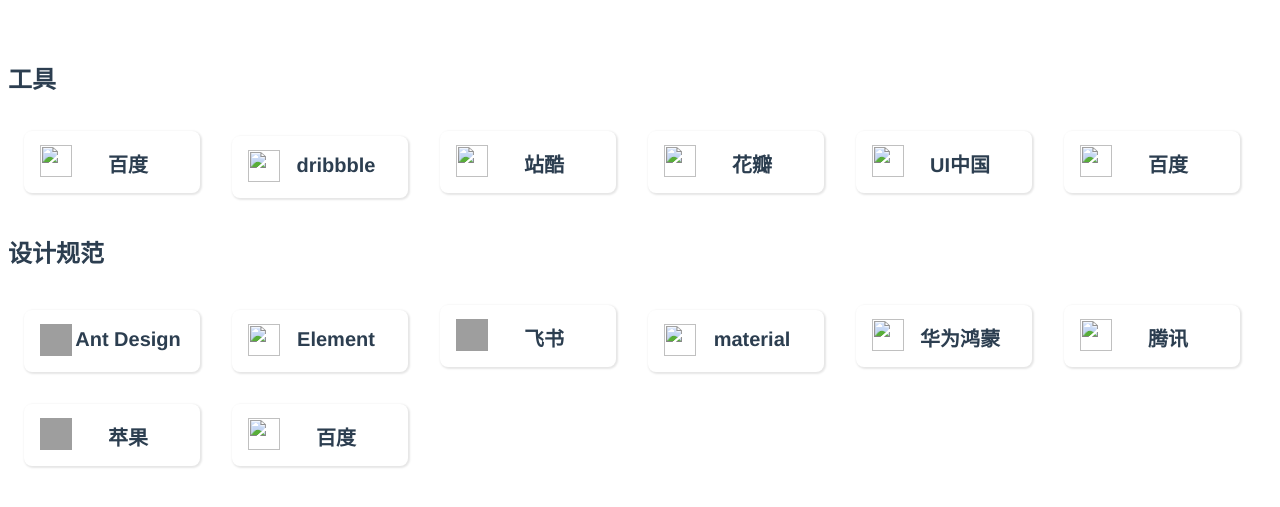
Repository: LiuZixu-aurelio/collection
Page: /
These files come from the project's save history. The page is drawn as it stood at one moment and after the next save; the edit follows.
The browser window is 1280 px wide. The pictures show the whole page.
Pictures or frames that could not be fetched are drawn as grey boxes. The project was rebuilt for these pictures with package versions that can differ from the ones it lists, and the page was loaded fresh each time.

Above is the page before, as saved 2022-06-10 10:06:31.

### src/App.vue
<template>

  <HelloWorld msg="Welcome to Your Vue.js App"/>
</template>

<script>
import HelloWorld from './components/HelloWorld.vue'

export default {
  name: 'App',
  components: {
    HelloWorld
  }
}
</script>

<style>
#app {
  font-family: Avenir, Helvetica, Arial, sans-serif;
  -webkit-font-smoothing: antialiased;
  -moz-osx-font-smoothing: grayscale;
  color: #2c3e50;
  margin-top: 60px;
}
</style>

### src/components/HelloWorld.vue
<template>
  <div>
    <div>
      <h2>工具</h2>
      <Card class='card' msg="百度" web="https://www.baidu.com" logo="https://www.baidu.com/favicon.ico"/>
      <Card class='card' msg="dribbble" web="https://dribbble.com/" logo="https://cdn.dribbble.com/assets/favicon-b38525134603b9513174ec887944bde1a869eb6cd414f4d640ee48ab2a15a26b.ico"/>
      <Card class='card' msg="站酷" web="https://www.zcool.com.cn/" logo="https://static.zcool.cn/git_z/z/site/favicon.ico?version=1618914637608"/>
      <Card class='card' msg="花瓣" web="https://huaban.com/" logo="https://huaban.com/favicon.ico"/>
      <Card class='card' msg="UI中国" web="https://www.ui.cn/" logo="https://www.ui.cn/favicon.ico"/>
      <Card class='card' msg="百度" web="https://www.baidu.com" logo="https://www.baidu.com/favicon.ico"/>

      <h2>设计规范</h2>
      <Card class='card' msg="Ant Design" web="https://ant.design/" logo="https://gw.alipayobjects.com/zos/rmsportal/rlpTLlbMzTNYuZGGCVYM.png"/>
      <Card class='card' msg="Element" web="https://element-plus.gitee.io/zh-CN/#/zh-CN" logo="https://element-plus.gitee.io/apple-touch-icon.png"/>
      <Card class='card' msg="飞书" web="https://open.feishu.cn/document/uYjL24iN/ukjNzUjL5YzM14SO2MTN" logo="https://s3-imfile.feishucdn.com/static-resource/v1/1941d42c-fccc-44bb-bfcc-854d71b7ed3g"/>
      <Card class='card' msg="material" web="https://www.material.io/" logo="https://www.material.io/favicon.ico"/>
      <Card class='card' msg="华为鸿蒙" web="https://developer.harmonyos.com/cn/design" logo="https://developer.harmonyos.com/assets/image/favicon.ico?v=202206062122"/>
      <Card class='card' msg="腾讯" web="https://tdesign.tencent.com/" logo="https://static.tdesign.tencent.com/favicon.ico"/>
      <Card class='card' msg="苹果" web="https://developer.apple.com/cn/design/" logo="https://developer.apple.com/apple-logo.svg"/>
      <Card class='card' msg="百度" web="https://www.baidu.com" logo="https://www.baidu.com/favicon.ico"/>
    </div>
  </div>
</template>

<script>

import Card from './Card.vue'
export default {
  components: { Card },
  name: 'HelloWorld',
  props: {
    msg: String
  }
}
</script>

<!-- Add "scoped" attribute to limit CSS to this component only -->
<style scoped>
.card {
  display:inline-block;
  margin: 16px;
}

</style>

### src/components/Card.vue
<template>
  <div @click="openweb" class="cardin">
    <img :src="logo" alt="">
    <div class="text1"><span>{{msg}}</span></div>
  </div>
</template>

<script>

export default {
  name: 'Card',
  data: function(){
    return {

      }
  },
  props: {
    msg: String,
    web: String,
    logo: String
  },
  methods:{
    openweb:function(){
      window.open(this.web)
    }
  }
}
</script>

<!-- Add "scoped" attribute to limit CSS to this component only -->
<style scoped>
.cardin {
  width: 160px;
  height: 46px;
  padding: 8px;
  border-radius: 8px;
  box-shadow: 1px 1px 2px 1px rgba(0, 0, 0, .1)
}
img {
  width: 32px;
  height: 32px;
  position: relative;
  top: 6px;
  margin-left: 8px;
}
span {
  position: relative;
  top: -26px;
  margin-left: 16px;
  font-size: 20px;
  font-weight: 800;
}
.text1 {
  justify-content: center;
  display:flex;
  position: relative;
  right: -8px;
}
</style>

Loaded but not shown: public/index.html (common file); src/main.js (common file)

After the next save:
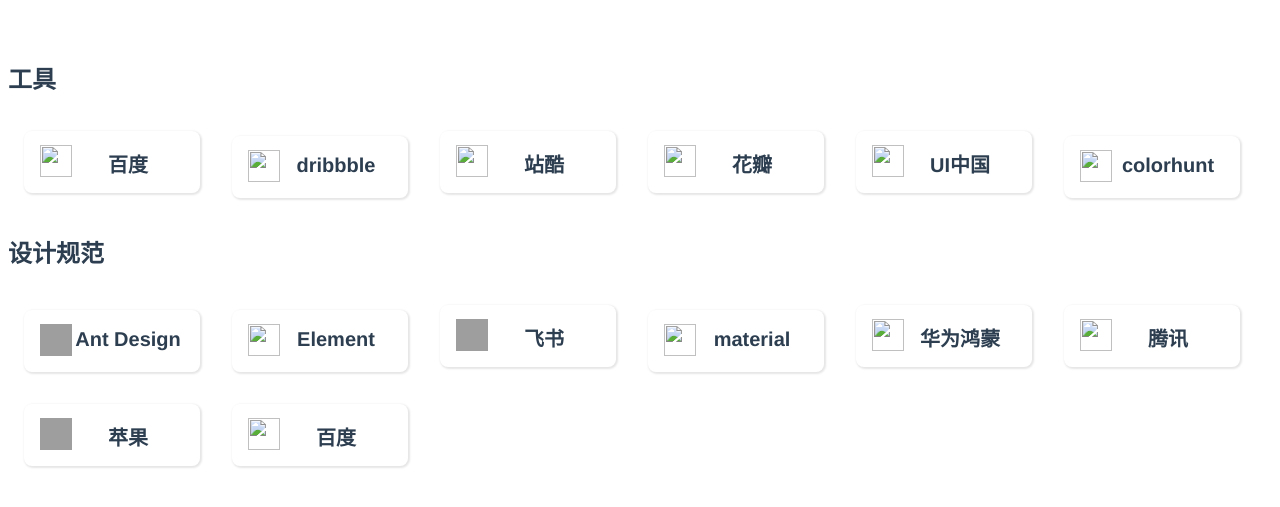
Saved 2 min 10 s later.
--- a/src/components/HelloWorld.vue
+++ b/src/components/HelloWorld.vue
@@ -7,7 +7,7 @@
       <Card class='card' msg="站酷" web="https://www.zcool.com.cn/" logo="https://static.zcool.cn/git_z/z/site/favicon.ico?version=1618914637608"/>
       <Card class='card' msg="花瓣" web="https://huaban.com/" logo="https://huaban.com/favicon.ico"/>
       <Card class='card' msg="UI中国" web="https://www.ui.cn/" logo="https://www.ui.cn/favicon.ico"/>
-      <Card class='card' msg="百度" web="https://www.baidu.com" logo="https://www.baidu.com/favicon.ico"/>
+      <Card class='card' msg="colorhunt" web="https://colorhunt.co/" logo="https://colorhunt.co/img/colorhunt-favicon.svg?2"/>
 
       <h2>设计规范</h2>
       <Card class='card' msg="Ant Design" web="https://ant.design/" logo="https://gw.alipayobjects.com/zos/rmsportal/rlpTLlbMzTNYuZGGCVYM.png"/>
